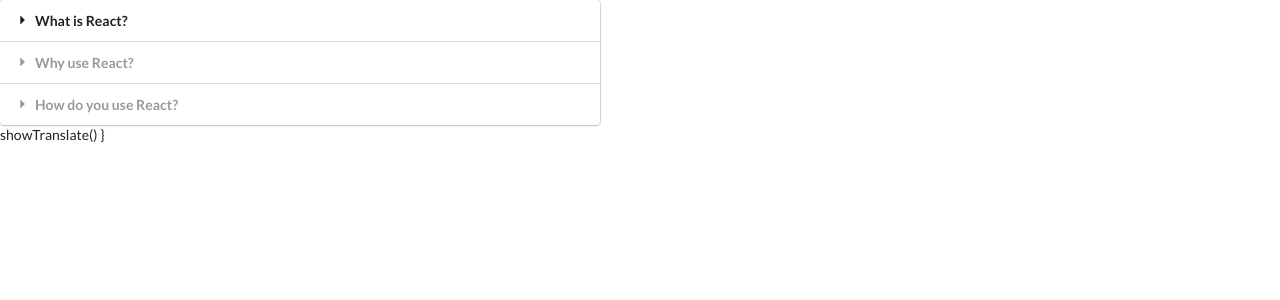
Repository: DaveBaulch/react-course-widgets
Page: /
An editor plug-in stored every save of this project. The page is shown before and after a run of saves, followed by the edit.
The browser window is 1280 px wide. The pictures show the whole page.
The project was rebuilt for these pictures with package versions that can differ from the ones it lists, and the page was loaded fresh each time. Also part of the build but not shown: src/components/Search.js, src/components/Dropdown.js, src/components/Convert.js, src/components/Translate.js.

Above is the page before, as saved 2020-12-07 15:12:41.

After the next 3 saves:
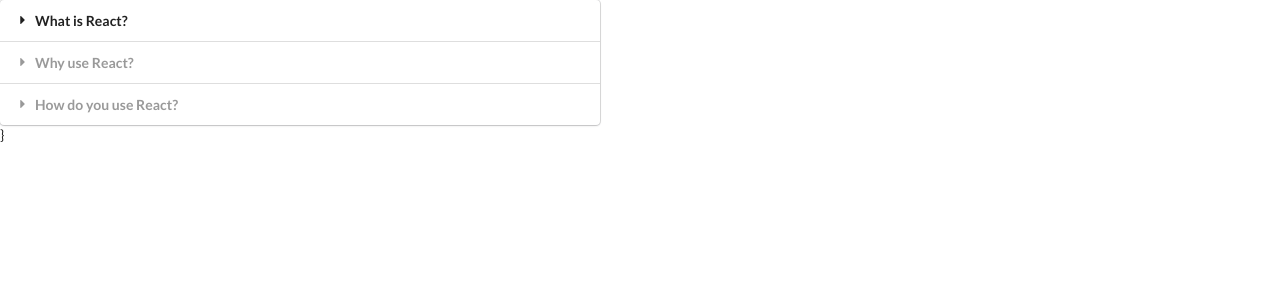
The 3 saves are shown as one change because they came seconds apart.
The last was saved 9 s later.
--- a/src/App.js
+++ b/src/App.js
@@ -59,12 +59,12 @@
 };
 
 export default () => {
-  return <div>
-    {showAccordion()}
-    {showList()}
-
-    {showDropdown()}
-    showTranslate()
-
-  }</div>;
+  return (
+    <div>
+      {showAccordion()}
+      {showList()}
+      {showDropdown()}
+      {showTranslate()}}
+    </div>
+  );
 };
